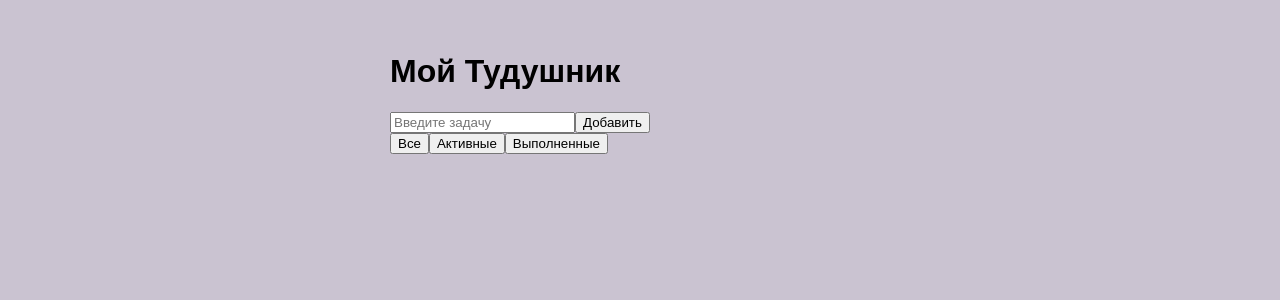
Repository: AlekCawka/-todo-project
Page: /
An editor plug-in stored every save of this project. The page is shown before and after the next save, followed by the edit.
The browser window is 1280 px wide. The pictures show the whole page.
The project was rebuilt for these pictures with package versions that can differ from the ones it lists, and the page was loaded fresh each time. Also part of the build but not shown: vite.config.js.

Above is the page before, as saved 2025-08-06 10:58:13.

### src/main.jsx
import React from 'react'
import ReactDOM from 'react-dom/client'
import App from './App.jsx'

ReactDOM.createRoot(document.getElementById('root')).render(
  <React.StrictMode>
    <App />
  </React.StrictMode>
)

### src/App.jsx
import React, { useState } from 'react';
import { useTodos } from './hooks/useTodos';

import './App.css';

const App = () => {
  const { todos, addTodo, deleteTodo, updateTodo, toggleCompleted } = useTodos();
  const [inputValue, setInputValue] = useState('');
  const [filter, setFilter] = useState('all');

  const handleAdd = () => {
    addTodo(inputValue);
    setInputValue('');
  }

  const handleChange = (e) => {
    setInputValue(e.target.value);
  }

  const filteredTodos = todos.filter(todo => {
    if (filter === 'active') return !todo.completed;
    if (filter === 'completed') return todo.completed;
    return true;
  });

  return (
    <div className="container">
      <h1 className="title">Мой Тудушник</h1>

      <div className="form">
        <input
          type="text"
          placeholder="Введите задачу"
          value={inputValue}
          onChange={handleChange}
        />
        <button onClick={handleAdd}>Добавить</button>
      </div>

      <div className="filters">
        <button onClick={() => setFilter('all')}>Все</button>
        <button onClick={() => setFilter('active')}>Активные</button>
        <button onClick={() => setFilter('completed')}>Выполненные</button>
      </div>

      <ul className="list">
        {filteredTodos.map(todo => (
          <li key={todo.id} className="todo-item">
            <input
              type="checkbox"
              checked={todo.completed}
              onChange={() => toggleCompleted(todo.id)}
            />
            <span
              style={{ textDecoration: todo.completed ? 'line-through' : 'none' }}
            >
              {todo.text}
            </span>
            <button onClick={() => {
              const newText = prompt('Новое значение:', todo.text);
              if (newText) updateTodo(todo.id, newText);
            }}>✏️</button>
            <button onClick={() => deleteTodo(todo.id)}>🗑️</button>
          </li>
        ))}
      </ul>
    </div>
  );
};

export default App;

### src/hooks/useTodos.js
import { useState, useEffect } from 'react';
import { Trash2, Edit, Clock, Calendar, CheckSquare, Square } from 'lucide-react';

const generateId = () => crypto?.randomUUID?.() || `${Date.now()}-${Math.random()}`;

export const useTodos = () => {
    const [todos, setTodos] = useState([]);

    const normalize = (text) => text.trim().toLowerCase();

    useEffect(() => {
        const stored = localStorage.getItem('todos');
        if (stored) {
            setTodos(JSON.parse(stored));
        }
    }, []);

    useEffect(() => {
        localStorage.setItem('todos', JSON.stringify(todos));
    }, [todos]);

    const addTodo = (text, deadline = null) => {
        const trimmed = text.trim();

        if (!trimmed) return;

        const isDuplicate = todos.some(todo => normalize(todo.text) === normalize(text));

        if (isDuplicate) {
            return;
        }

        const newTodo = {
            id: generateId(),
            text: trimmed,
            completed: false,
            createdAt: new Date().toISOString(),
            deadline: deadline || null,
        };
        setTodos(prevTodos => [newTodo, ...prevTodos]);
    };

    const deleteTodo = (id) => {
        setTodos(prev => prev.filter(todo => todo.id !== id));
    };

    const updateTodo = (id, updates) => {
        setTodos(prev =>
            prev.map(todo =>
                todo.id === id ?
                    { ...todo, ...updates } : todo
            )
        );
    };

    const toggleCompleted = (id) => {
        setTodos(prev =>
            prev.map(todo =>
                todo.id === id ?
                    { ...todo, completed: !todo.completed } : todo
            )
        )
    }

    return {
        todos,
        addTodo,
        deleteTodo,
        updateTodo,
        toggleCompleted
    };
};

### src/App.css
body {
    font-family: sans-serif;
    background: rgb(202, 195, 209);
    margin: 0;
    padding: 0;
}

.container {
    max-width: 500px;
    margin: 0 auto;
    padding: 32px 16px;
}

/*
.container {
  max-width: 500px;
  margin: 0 auto;
  padding: 2rem 1rem;
}

.title {
  text-align: center;
  font-size: 24px;
  margin-bottom: 1.5rem;
  color: #333;
} */

After the next save:
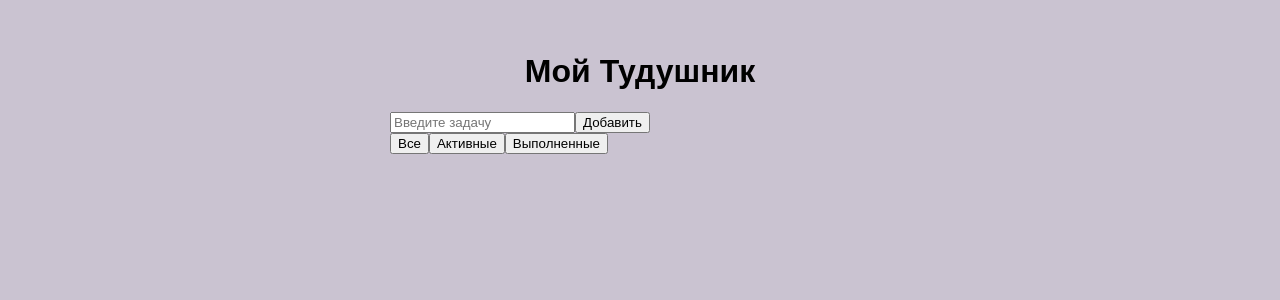
Saved 16 s later.
--- a/src/App.css
+++ b/src/App.css
@@ -11,6 +11,10 @@ body {
     padding: 32px 16px;
 }
 
+.title {
+    text-align: center;
+
+}
 /*
 .container {
   max-width: 500px;
